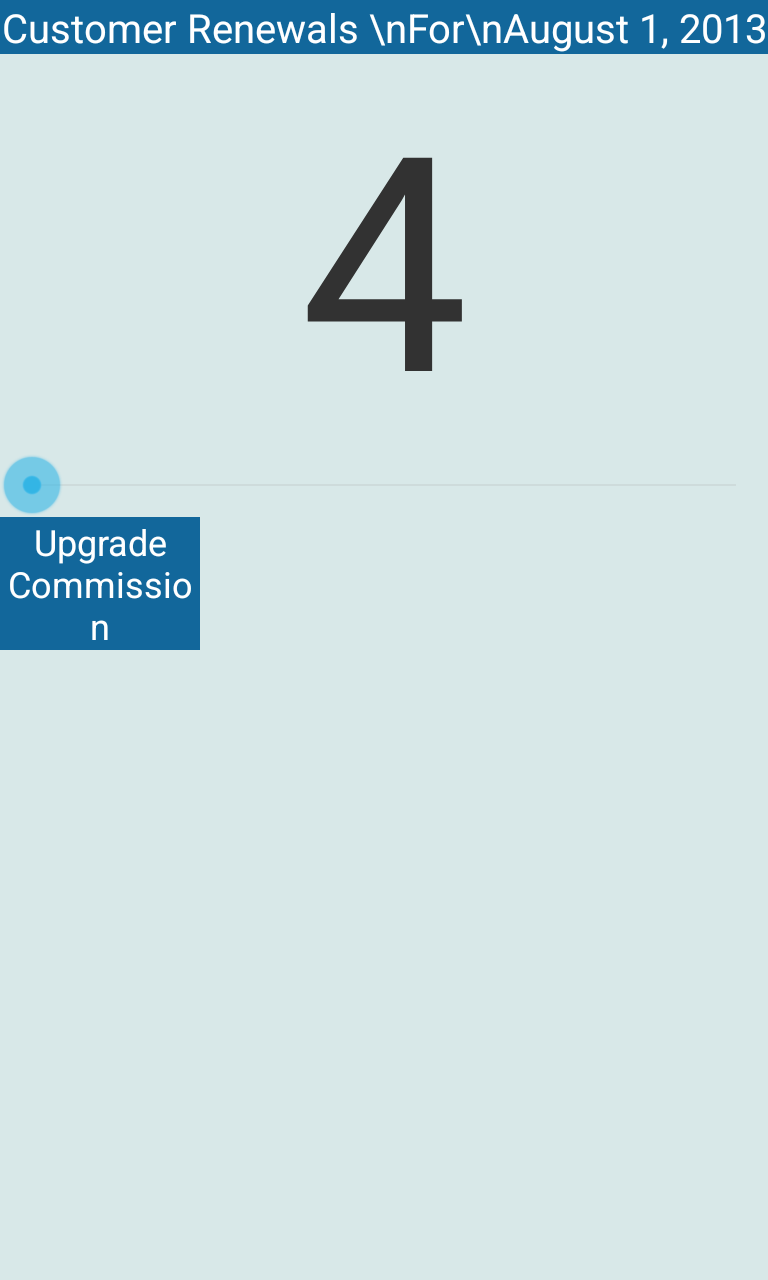
Repository: jemcphe/XCell
Layout: XCell/res/layout/frag_renewals.xml
These files come from the project's save history. The layout is drawn as it stood at one moment and after the next save; the edit follows.
It is drawn on a 768 x 1280 px phone screen (xhdpi) without system bars, with theme Theme.Xcell; the app's code is not run.

Above is the layout before, as saved 2013-08-16 02:23:34.

After the next save:
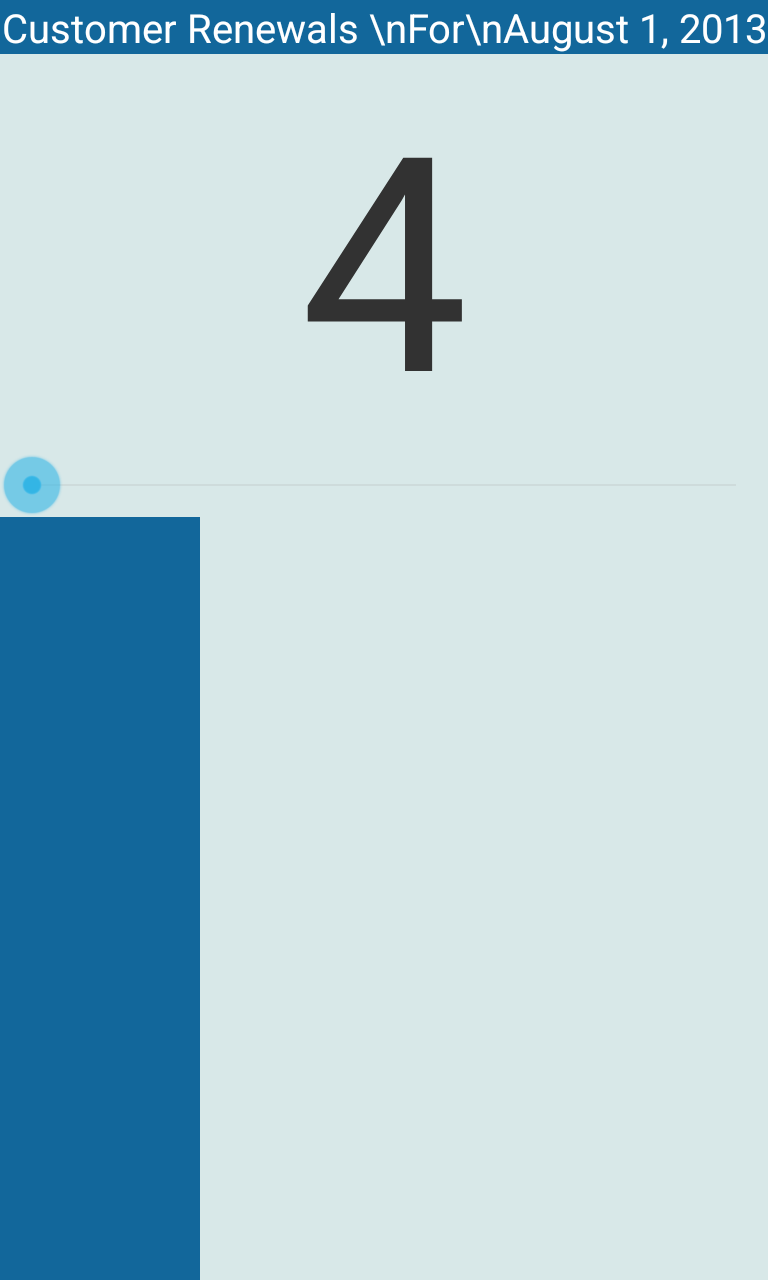
Saved 15 s later.
--- a/XCell/res/layout/frag_renewals.xml
+++ b/XCell/res/layout/frag_renewals.xml
@@ -35,6 +35,6 @@
         android:textColor="#fff"
         android:background="@color/xcell_blue"
         android:gravity="center"
-        />
+        android:paddingLeft="200dp"/>
 
 </LinearLayout>

After the save that followed:
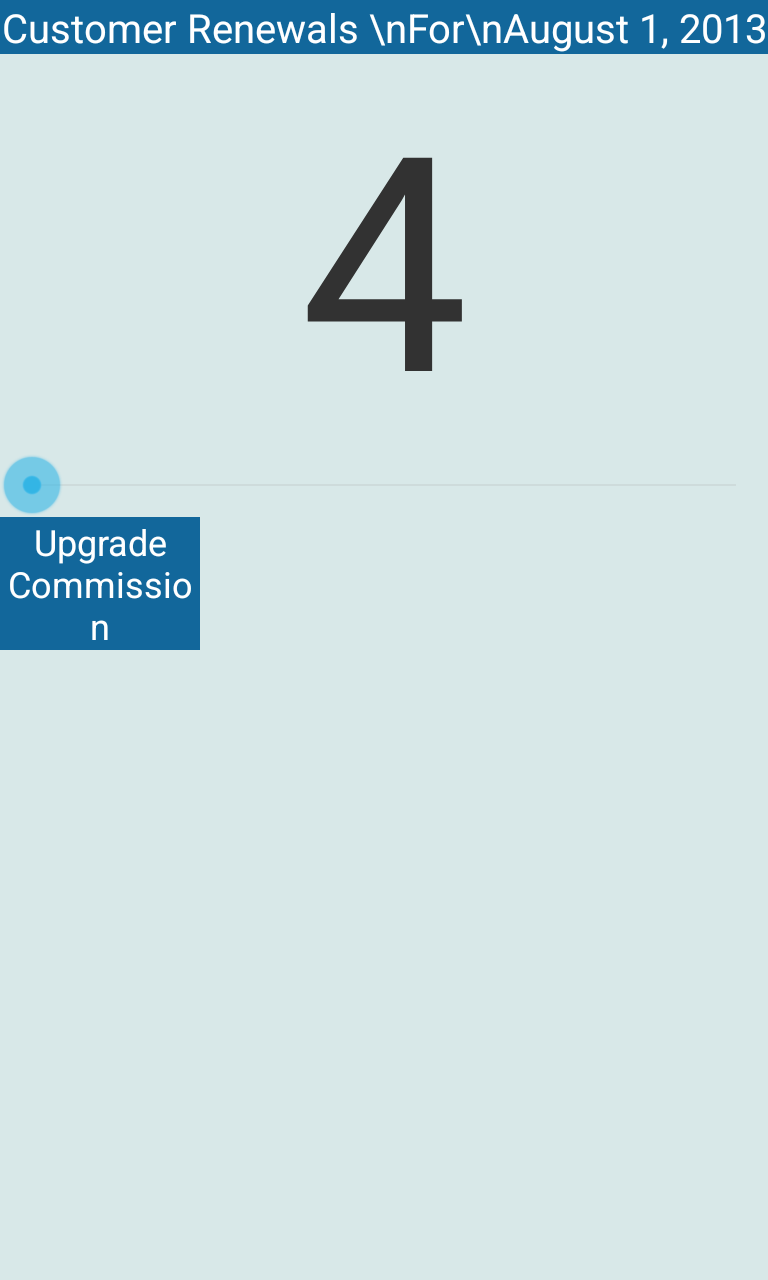
Saved 28 s later.
--- a/XCell/res/layout/frag_renewals.xml
+++ b/XCell/res/layout/frag_renewals.xml
@@ -35,6 +35,6 @@
         android:textColor="#fff"
         android:background="@color/xcell_blue"
         android:gravity="center"
-        android:paddingLeft="200dp"/>
+        />
 
 </LinearLayout>
